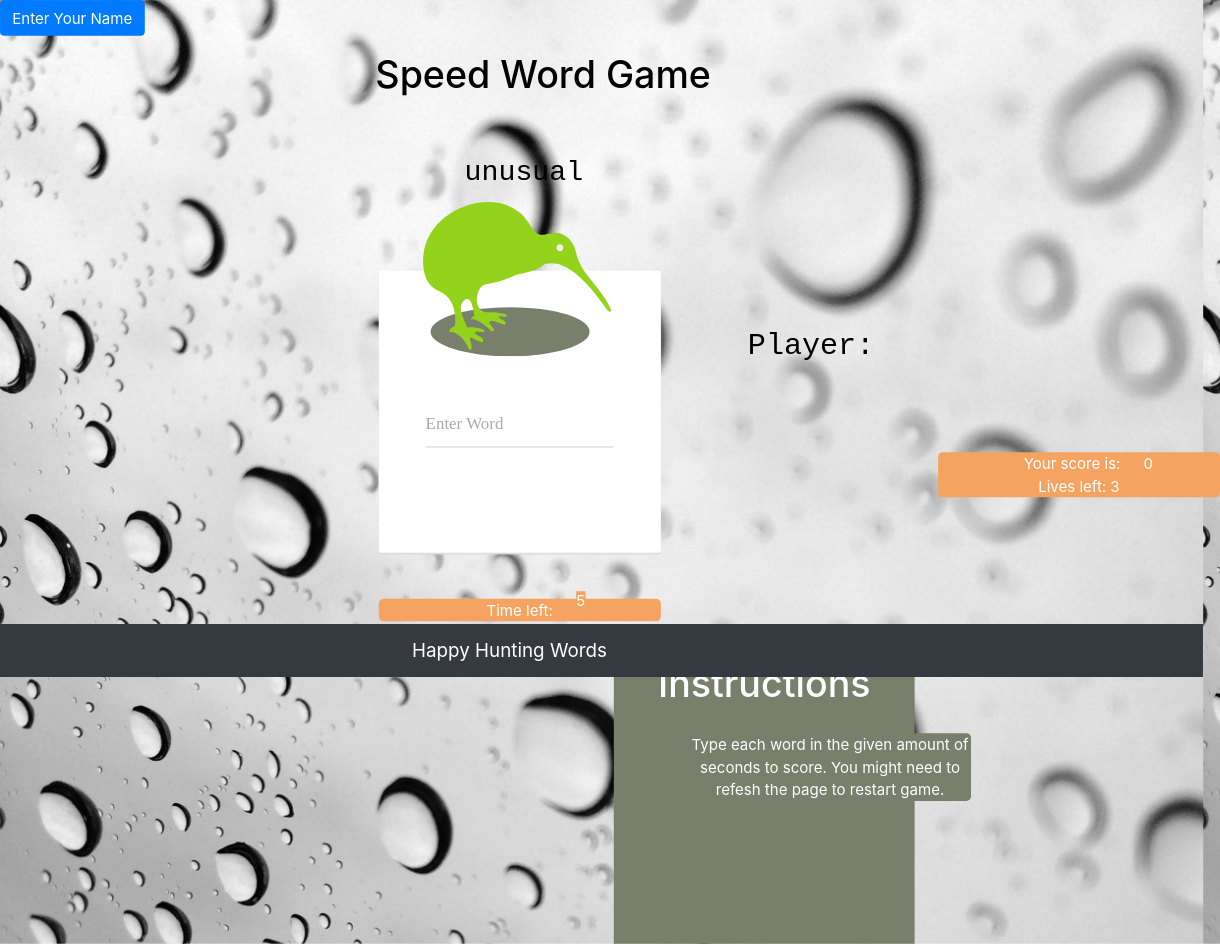
Repository: konstantin0s/word-game-project
Page: index.html
The author's editor kept a copy of each file at every save. The page is drawn from the files as they stood at one save, then again after a run of saves.
The browser window is 1280 px wide. The page is 1298 px wide, so the pictures cover 1298 px, including what lies to the right of the window. The pictures show the whole page, at 94% of full size.
Backgrounds fixed to the window are drawn as part of the page. Some web libraries are served in a nearby version.

Above is the page before, as saved 2019-02-12 15:15:31.
Console error: ReferenceError: loadSound is not defined

### index.html
<!DOCTYPE html>
<html lang="en">

<head>

  <meta charset="utf-8">
  <meta name="viewport" content="width=device-width, initial-scale=1, shrink-to-fit=no">
  <meta name="description" content="">
  <meta name="author" content="">

  <title>Speed Word Game</title>
  <!-- <link rel="stylesheet" href="https://maxcdn.bootstrapcdn.com/bootstrap/3.4.0/css/bootstrap.min.css"> -->
  <script src="https://ajax.googleapis.com/ajax/libs/jquery/3.3.1/jquery.min.js"></script>
  <script src="https://maxcdn.bootstrapcdn.com/bootstrap/3.4.0/js/bootstrap.min.js"></script>
  <script src="https://cdnjs.cloudflare.com/ajax/libs/p5.js/0.7.3/p5.js"></script>
  <!-- Bootstrap core CSS -->
  <link href="vendor/bootstrap/css/bootstrap.min.css" rel="stylesheet">

  <!-- Custom styles for this template -->
  <link href="css/the-big-picture.css" rel="stylesheet">
  <link rel="stylesheet" href="css/style.css">

</head>

<body>

  <!-- Navigation -->
  <nav class="navbar navbar-expand-lg navbar-dark bg-dark fixed-bottom">
    <div class="container">
      <a class="navbar-brand" href="#">Happy Hunting Words</a>
      <button class="navbar-toggler" type="button" data-toggle="collapse" data-target="#navbarResponsive" aria-controls="navbarResponsive" aria-expanded="false" aria-label="Toggle navigation">
        <span class="navbar-toggler-icon"></span>
      </button>
      <div class="collapse navbar-collapse" id="navbarResponsive">
      </div>
    </div>
  </nav>



<!-- Button trigger modal -->
<button type="button" id="clearPlayer" class="btn btn-primary" data-toggle="modal" data-target="#exampleModalCenter">
    Enter Your Name
  </button>

  <!-- Modal -->
  <div class="modal fade" id="exampleModalCenter" tabindex="-1" role="dialog" aria-labelledby="exampleModalCenterTitle" aria-hidden="true">
    <div class="modal-dialog modal-dialog-centered" role="document">
      <div class="modal-content">
        <div class="modal-header">
          <h5 class="modal-title" id="exampleModalLongTitle">Player Name</h5>
          <button type="button" class="close" data-dismiss="modal" aria-label="Close">
            <span aria-hidden="true">&times;</span>
          </button>
        </div>
        <div class="modal-body">
            <h3 id="playerN">Enter Your Name</h3>
            <input id="name" onchange="say_hi()">
        </div>
      </div>
    </div>
  </div>

<h2 id="user">
  Player:
</h2>
<!--
<div class="newP">
    <h3 id="playerN">Enter Your Name</h3>
    <input id="name" onchange="say_hi()">
</div> -->


<div id="output"></div>

  <!-- Page Content -->
  <section>
    <div class="container">
      <div class="row">
        <div class="col-lg-6">
          <h1 class="mt-5">Speed Word Game</h1>
          <div id="wordsDisplay">

          </div>
          <div id="time">
           <p>Time left:</p> <span id="timeLeft"></span>
          </div>
          <div id="userDetails">
             Your score is: <span id="score">0</span><br>
             Lives left: <span id="lives">3</span>
          </div>
          <div class="wrapper">
            <input class="input" id="inputWord" onchange="compareGuess()" placeholder="Enter Word" type="text" >
            <span class="underline"></span>
        </div>
        </div>
      </div>
    </div>
  </section>

    <audio id="myTune">
      <!-- <source src="sounds/0283.ogg"> -->
      <!-- <source src="WhiteChristmas.ogg"> -->
    </audio>

   <p id="messageP"></p>
  <svg version="1.1" id="Layer_1" xmlns="http://www.w3.org/2000/svg" xmlns:xlink="http://www.w3.org/1999/xlink" x="0px" y="0px"
  width="612px" height="502.174px" viewBox="0 65.326 612 502.174" enable-background="new 0 65.326 612 502.174"
  xml:space="preserve" class="logo">

<ellipse class="ground" cx="283.5" cy="487.5" rx="259" ry="80"/>
<path class="kiwi" d="M210.333,65.331C104.367,66.105-12.349,150.637,1.056,276.449c4.303,40.393,18.533,63.704,52.171,79.03
 c36.307,16.544,57.022,54.556,50.406,112.954c-9.935,4.88-17.405,11.031-19.132,20.015c7.531-0.17,14.943-0.312,22.59,4.341
 c20.333,12.375,31.296,27.363,42.979,51.72c1.714,3.572,8.192,2.849,8.312-3.078c0.17-8.467-1.856-17.454-5.226-26.933
 c-2.955-8.313,3.059-7.985,6.917-6.106c6.399,3.115,16.334,9.43,30.39,13.098c5.392,1.407,5.995-3.877,5.224-6.991
 c-1.864-7.522-11.009-10.862-24.519-19.229c-4.82-2.984-0.927-9.736,5.168-8.351l20.234,2.415c3.359,0.763,4.555-6.114,0.882-7.875
 c-14.198-6.804-28.897-10.098-53.864-7.799c-11.617-29.265-29.811-61.617-15.674-81.681c12.639-17.938,31.216-20.74,39.147,43.489
 c-5.002,3.107-11.215,5.031-11.332,13.024c7.201-2.845,11.207-1.399,14.791,0c17.912,6.998,35.462,21.826,52.982,37.309
 c3.739,3.303,8.413-1.718,6.991-6.034c-2.138-6.494-8.053-10.659-14.791-20.016c-3.239-4.495,5.03-7.045,10.886-6.876
 c13.849,0.396,22.886,8.268,35.177,11.218c4.483,1.076,9.741-1.964,6.917-6.917c-3.472-6.085-13.015-9.124-19.18-13.413
 c-4.357-3.029-3.025-7.132,2.697-6.602c3.905,0.361,8.478,2.271,13.908,1.767c9.946-0.925,7.717-7.169-0.883-9.566
 c-19.036-5.304-39.891-6.311-61.665-5.225c-43.837-8.358-31.554-84.887,0-90.363c29.571-5.132,62.966-13.339,99.928-32.156
 c32.668-5.429,64.835-12.446,92.939-33.85c48.106-14.469,111.903,16.113,204.241,149.695c3.926,5.681,15.819,9.94,9.524-6.351
 c-15.893-41.125-68.176-93.328-92.13-132.085c-24.581-39.774-14.34-61.243-39.957-91.247
 c-21.326-24.978-47.502-25.803-77.339-17.365c-23.461,6.634-39.234-7.117-52.98-31.273C318.42,87.525,265.838,64.927,210.333,65.331
 z M445.731,203.01c6.12,0,11.112,4.919,11.112,11.038c0,6.119-4.994,11.111-11.112,11.111s-11.038-4.994-11.038-11.111
 C434.693,207.929,439.613,203.01,445.731,203.01z"/>
<filter id="pictureFilter" >
 <feGaussianBlur stdDeviation="15" />
</filter>
</svg>


<div class="instructions">
  <h1>Instructions</h1>
  <p>Type each word in the given amount of seconds to score.
    You might need to refesh the page to restart game.
  </p>
</div>

  <!-- Bootstrap core JavaScript -->
  <script src="vendor/jquery/jquery.min.js"></script>
  <script src="vendor/bootstrap/js/bootstrap.bundle.min.js"></script>
  <script src="js/main.js"></script>

</body>

</html>

### css/the-big-picture.css
/*!
 * Start Bootstrap - The Big Picture (https://startbootstrap.com/template-overviews/the-big-picture)
 * Copyright 2013-2019 Start Bootstrap
 * Licensed under MIT (https://github.com/BlackrockDigital/startbootstrap-the-big-picture/blob/master/LICENSE)
 */
body {
  background: url('../img/drop.jpg') no-repeat center center fixed;
  -webkit-background-size: cover;
  -moz-background-size: cover;
  background-size: cover;
  -o-background-size: cover;
}

### css/style.css
body {
  margin: 0;
  padding: 0;
  z-index: 40;
  overflow-x: hidden;
}

.container {
  display: flex;
  flex-direction: column;
  justify-content: center;

}
.mt-5 {
  color: black;
  text-align: center;
  position: relative;
  top: -30px;
  left: 290px;
}
.wrapper {
  background-color: #FFF;
  border-radius: 2px;
  box-shadow: 0px 2px 1px 0px #DDD;
  box-sizing: border-box;
  height: 300px;
  left: 550px;
  margin: -150px 0 0 -150px;
  position: absolute;
  top: 400px;
  width: 300px;

}

.input {
  background-color: transparent;
  border: none;
  border-bottom: 1px solid #CCC;
  color: #555;
  box-sizing: border-box;
  font-family: 'Arvo';
  font-size: 18px;
  height: 50px;
  left: 50%;
  margin: -25px 0 0 -100px;
  padding: 10px 0px;
  position: relative;
  top: 50%;
  width: 200px;

  &:focus {
    outline: none;
  }
}

input::-webkit-input-placeholder {
  color: #AAA;
}

input:focus::-webkit-input-placeholder {
  color: dodgerblue;
}

.input:focus+.underline {
  transform: scale(1);
}

.underline {
  background-color: dodgerblue;
  display: inline-block;
  height: 2px;
  left: 50px;
  margin-top: -4px;
  position: absolute;
  top: 185px;
  -webkit-transform: scale(0, 1);
  transform: scale(0, 1);
  -webkit-transition: all 0.5s linear;
  transition: all 0.5s linear;
  width: 202px;
}


font {
  color: white;
}

#wordsDisplay {
  position: relative;
  top: 20px;
  left: 387px;
  color: black;
  font-family: 'Courier New', Courier, monospace;
  font-size: 30px;
  width: 305px;
  text-align: center;
}
#userDetails {
  position: relative;
  top: 230px;
 float: right;
 /* left: 500px; */
 left: 740px;
  color: white;
  background-color: sandybrown;
  width: 300px;
  text-align: center;
  border-radius: 5px;
}

#score {
  position: relative;
  top: 0px;
  left: 20px;
  color: white;
  background-color: sandybrown;
}

#time {
  text-align: center;
}

 p {
  position: relative;
  top: 450px;
  left: 385px;
  color: white;
  background-color: sandybrown;
  width: 300px;
  border-radius: 5px;
 }

#timeLeft {
  position: relative;
  top: 400px;
  left: 330px;
  color: white;
  background-color: sandybrown;g
}

b {
  color: black;
  text-transform: capitalize;;
}

#user {
  position: relative;
  top: 350px;
  right: 350px;
  float: right;
  color: black;
  font: 33px;
  font-family: 'Courier New', Courier, monospace;
}

#output {
  position: relative;
  color: black;
  float: right;
  right: 250px;
  font-size:28px;
  top: 410px;
}

#playerN {
  color: black;
}

.newP {
  position: relative;
  left: 40px;
  top: 120px;
}

.navbar-brand {
  position: relative;
  left: -90px;
}


@import "compass/css3";

.logo {
  position: relative;
  width: 200px;
  height: 164px;
  left: 450px;
  top: -100px;
}

.kiwi {
  fill: #94d31b;

}
.kiwi:hover {
  fill: #ace63c;
}

.ground {
  fill: #787f6a;
}
.ground:hover {
  filter: url(#pictureFilter);
  fill: #896d3d;
}

#messageP {
  position: relative;
  top: -50px;
  width: 100px;
  left: 500px;
}

.instructions {
  background-color: #787f6a;
  width: 25%;
  height: 300px;
  color: white;
  position: relative;
  left: 648px;
  top: 220px;
  margin: 5px;
  text-align: center;
}

.instructions p {
  background-color: #787f6a;
  position: relative;
  left: 80px;
  top: 20px;
  width: 1005;
  text-align: center;
}

### js/main.js
function say_hi() {
  var name = document.getElementById('name').value;
  var html = '<b>' + name + '</b> ';
 document.getElementById('output').innerHTML = html;
}

function clearPlayer() {
  document.getElementById("name").value = "";
  var input = document.getElementById("name");
  input.style.visibility = "hidden";
  var playerN = document.getElementById("playerN");
  playerN.style.visibility = "hidden";
  var clearPlayer = document.getElementById("clearPlayer");
  clearPlayer.style.visibility = "hidden";
  var exampleModalCenter = document.getElementById("exampleModalCenter");
  exampleModalCenter.style.visibility = "none";
}

  (function() {
    setInterval(function(){
      clearPlayer();
    }, 10000);
}());

// document.getElementById('say').addEventListener('click', say_hi);

// {
//   var name = prompt ('Your name','');
//   if (name != null) {
//     document.write("<CENTER><FONT FACE=ARIAdL,VERDANA COLOR="+" SIZE=5>Welcome To Word Game, "+name+".</FONT><HR NOSHADE WIDTH=450></CENTER><P>")
//   } else {
//     document.write("<CENTER><FONT FACE=ARIAdL,VERDANA COLOR="+" SIZE=5>Welcome, Guest "+name+".</FONT><HR NOSHADE WIDTH=450></CENTER><P>")
//   }

//   }

  //words array


  //random function
  // function newWord() {
  //   var randomNum = Math.floor(Math.random() * words.length);
  //   document.getElementById('wordsDisplay').innerHTML = words[randomNum];
  //   console.log(randomNum);
  // }


function cancelLevel1() {
  if (score == 10) {
  }
  return;
}

  var wordGeneratorLevel1 = function() {
    setInterval(function(){
      generate();
    }, 5000);
    timer();
    cancelLevel1();
  }

  function wordGeneratorLevel2() {
    setInterval(function(){
      generateLevel2()
    }, 5000);
    timer();
}

  var wordsLevel1 = [
    "clever", "amongst", "implementing", "intelectual", "sensual", "amazing", "beautify", "project", "tall",
"curl", "rate", "busy", "unusual", "extend", "exclusive", "ray", "shy", "wasteful", "unbecoming", "fallacious",
"toothbrush", "bounce"
     ];

     var wordsLevel2 = [
      "jackhammer",
     "brightwork", "verkrampte", "protectrix", "nudibranch", "grandchild", "newfangled", "flugelhorn", "mythologer",
     "pluperfect", "jellygraph", "quickthorn", "rottweiler", "technician", "cowpuncher", "middlebrow",
     "jackhammer", "triphthong", "wunderkind", "dazzlement", "jabberwock", "witchcraft","pawnbroker", "thumbprint", "motorcycle"
       ];

       const levels = [3, 5, 7];

  var randomDiv = document.getElementById("wordsDisplay");
  var addScore = document.getElementById("score");
  var freshLives = document.getElementById("lives");
  var timeLeft = document.getElementById("timeLeft");
  var svgLogo = document.getElementById("Layer_1");
   var messagePlayer = document.getElementById("messageP");
  var randomIndex;
  var mySound = document.getElementById("myTune");
  var myMusic;
  var newText;
  var score = 0;
  var lives = 3;
  var seconds = 5;


  function flashLogo() {
    var interval = window.setInterval(function(){
      if(svgLogo.display == 'hidden'){
        svgLogo.style.visibility = 'visible';
      }else{
        svgLogo.style.visibility = 'hidden';
      }
  }, 1000); //the 1000 here is milliseconds and determines how often the interval should be run.
  }

var timer = function() {
  setInterval(function(){
    seconds--;
    timeLeft.innerHTML = seconds;
    if (seconds == 0) {
      seconds = 5;
      timeLeft.innerHTML = seconds;
    }
}, 1000);
}

  function generate() {
   randomIndex = Math.ceil((Math.random() * wordsLevel1.length - 1));
   newText = wordsLevel1[randomIndex];
   randomDiv.innerHTML = newText;

  }

  function generateLevel2() {
    randomIndex = Math.ceil((Math.random() * wordsLevel2.length - 1));
    newText = wordsLevel2[randomIndex];
    randomDiv.innerHTML = newText;
   }

   var song;

   function setup() {
     song = loadSound('assets/lucky_dragons_-_power_melody.mp3');
     createCanvas(720, 200);
     background(255,0,0);
   }


function mousePressed() {
  if ( song.isPlaying() ) { // .isPlaying() returns a boolean
    song.stop();
    background(255,0,0);
  } else {
    song.play();
    background(0,255,0);
  }
}

  function compareGuess() {
    var flag = false;
    var searchWord = document.getElementById("inputWord").value;
    var wordName = document.getElementById("wordsDisplay");

         if (searchWord == wordName.innerHTML) {
          wordName.style.height = "40px";
           wordName.style.backgroundColor = "yellow";
           score++;
           addScore.textContent = score;
           if (score == 10) {
            sound.play();
            flashLogo();
            messagePlayer.innerHTML = "I'm Outta Here :)";
           }
           clearInterval(timer);
           setInterval(function(){
            wordName.style.backgroundColor = "";
          }, 1500);
          resetInput();
             flag = true;
         } else {
           wordName.style.backgroundColor = "";
         }

         if(flag == false) {
          lives--;
          freshLives.innerHTML = lives;
          resetInput();
      } if (lives == 0) {
        alert("Game Over");
        score = 0;
        addScore.textContent = "0"
        resetInput();
        lives = 3;
        freshLives.innerHTML = lives;
      }
     }


 function resetInput() {
  document.getElementById("inputWord").value = "";
  }


  function init() {
    wordGeneratorLevel1();

   }


 window.onload = init;


 //level 2?
//  if (score > 10) {
//   wordGeneratorLevel2();
//   }

Loaded but not shown: vendor/bootstrap/css/bootstrap.min.css (library); vendor/jquery/jquery.min.js (library); vendor/bootstrap/js/bootstrap.bundle.min.js (library)

After the next 2 saves:
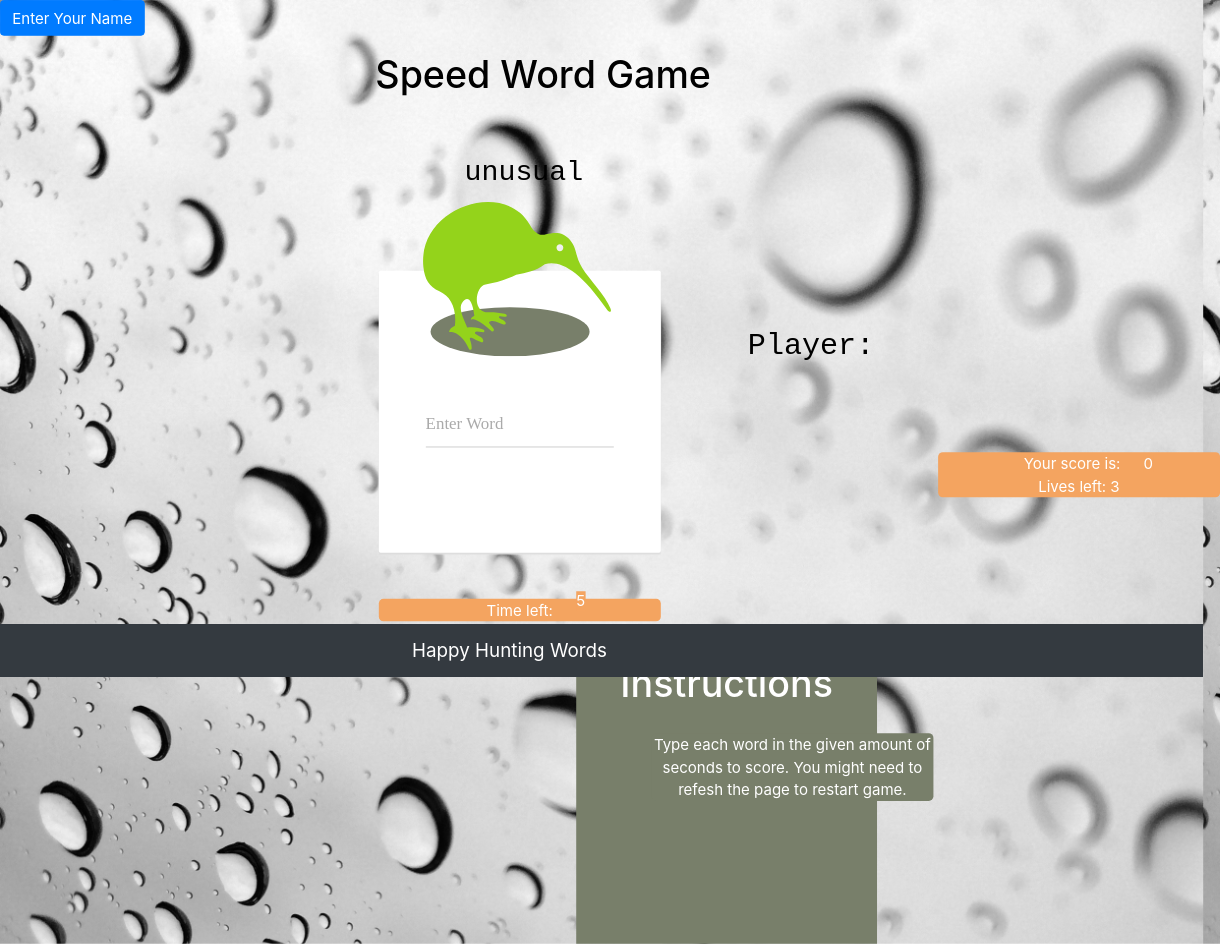
The 2 saves are shown as one change because they came seconds apart.
The last was saved 6 s later.
--- a/css/style.css
+++ b/css/style.css
@@ -217,7 +217,7 @@ b {
   height: 300px;
   color: white;
   position: relative;
-  left: 648px;
+  left: 608px;
   top: 220px;
   margin: 5px;
   text-align: center;
